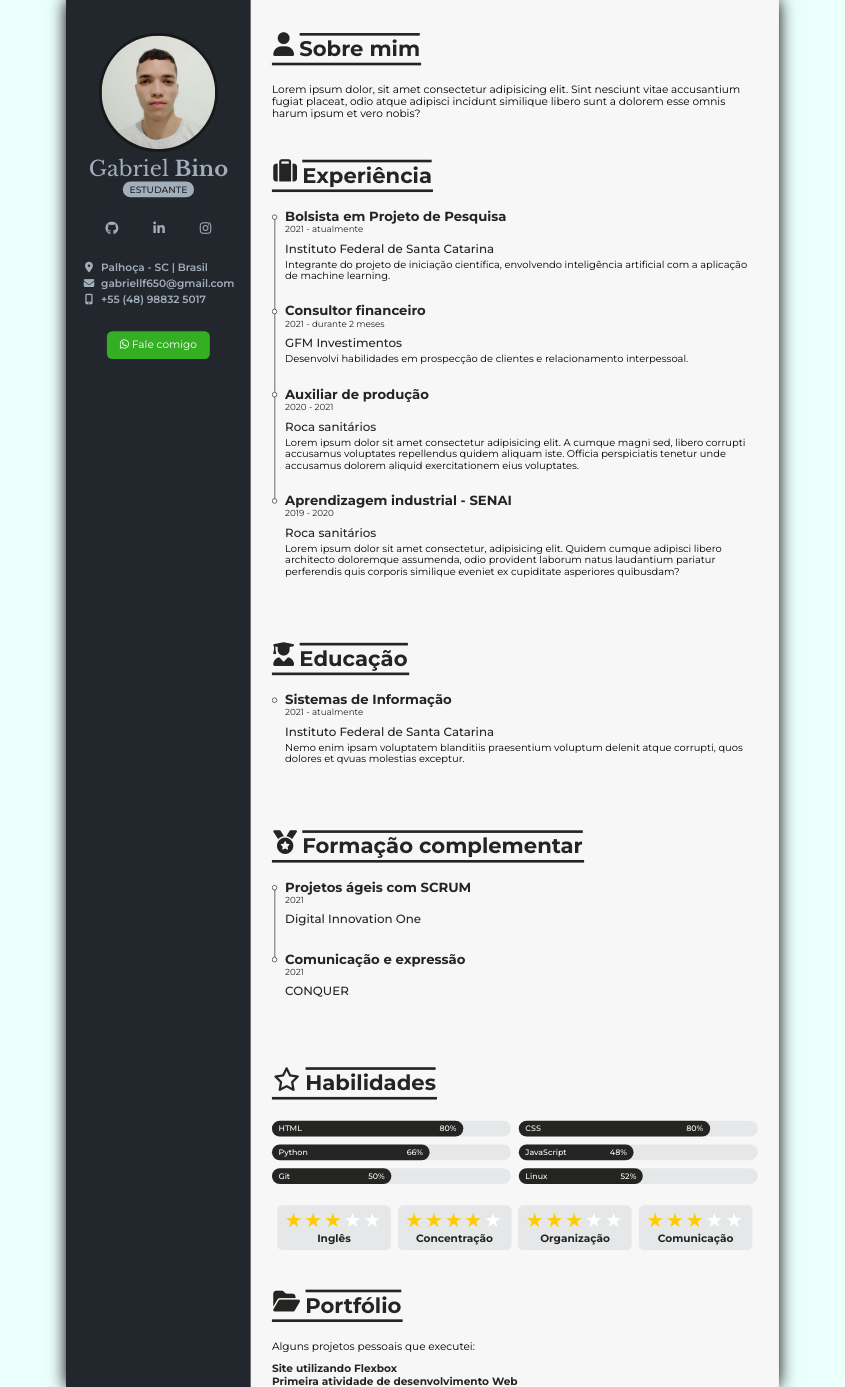
Repository: gabrielbino/curriculoResponsivo
Page: index.html
An editor plug-in stored every save of this project. The page is shown before and after the next save, followed by the edit.
The browser window is 1280 px wide. The pictures show the whole page, at 66% of full size.
Some web libraries are served in a nearby version.

Above is the page before, as saved 2021-10-20 23:17:16.

### index.html
<!DOCTYPE html>
<html lang="pt-br">
  <head>
    <meta charset="UTF-8" />
    <meta name="viewport" content="width=device-width, initial-scale=1" />
    <link
      rel="stylesheet"
      href="https://cdnjs.cloudflare.com/ajax/libs/normalize/8.0.1/normalize.min.css"
      integrity="sha512-NhSC1YmyruXifcj/KFRWoC561YpHpc5Jtzgvbuzx5VozKpWvQ+4nXhPdFgmx8xqexRcpAglTj9sIBWINXa8x5w=="
      crossorigin="anonymous"
      referrerpolicy="no-referrer"
    />
    <script
      src="https://kit.fontawesome.com/a6ac7cca8d.js"
      crossorigin="anonymous"
    ></script>
    <link rel="stylesheet" href="css/style.css" />
    <link rel="shortcut icon" href="img/favicon.ico" />
    <title>CV do Gabriel</title>
  </head>
  <body>
    <main>
      <aside>
        <div class="sidebar">
          <img
            class="profile-picture"
            src="./img/option_profile.jpeg"
            alt="Gabriel Bino"
          />
          <h1 class="title-name"><span>Gabriel</span> Bino</h1>
          <h3 class="subtitle-role">Estudante</h3>
          <div class="social-links">
            <a href="https://github.com/gabrielbino" target="_blank">
              <i class="fab fa-github"></i>
            </a>
            <a
              href="https://www.linkedin.com/in/gabriel-fernandes-bino-456499195/"
              target="_blank"
            >
              <i class="fab fa-linkedin-in"></i>
            </a>
            <!-- <a href="https://twitter.com/theleoad" target="_blank">
              <i class="fab fa-twitter"></i>
            </a> -->
            <a href="https://www.instagram.com/gabrielfbino/" target="_blank">
              <i class="fab fa-instagram"></i>
            </a>
          </div>
          <ul class="personal-data">
            <li>
              <i class="fas fa-map-marker-alt"></i>
              <span>Palhoça - SC | Brasil</span>
            </li>
            <li>
              <i class="fas fa-envelope"></i>
              <a href="mailto:galbriellf650@gmail.com"
                >gabriellf650@gmail.com</a
              >
            </li>
            <li>
              <i class="fas fa-mobile-alt"></i>
              <a href="tel:+5548988325017">+55 (48) 98832 5017</a>
            </li>
          </ul>
          <a
            class="download-button"
            href="https://wa.me/+5548988325017"
            target="_blank"
          >
            <i class="fab fa-whatsapp"></i>
            <span>Fale comigo</span>
          </a>
        </div>
      </aside>
      <section>
        <article>
          <div class="article-title-wrapper">
            <i class="fas fa-user"></i>
            <h2 class="article-title">Sobre mim</h2>
          </div>
          <p>
            Lorem ipsum dolor, sit amet consectetur adipisicing elit. Sint
            nesciunt vitae accusantium fugiat placeat, odio atque adipisci
            incidunt similique libero sunt a dolorem esse omnis harum ipsum et
            vero nobis?
          </p>
        </article>
        <article>
          <div class="article-title-wrapper">
            <i class="fas fa-suitcase"></i>
            <h2 class="article-title">Experiência</h2>
          </div>
          <ul class="timeline">
            <li>
              <h4 class="timeline-title">Bolsista em Projeto de Pesquisa</h4>
              <h5 class="timeline-time">2021 - atualmente</h5>
              <h6 class="timeline-place">
                Instituto Federal de Santa Catarina
              </h6>
              <p class="timeline-text">
                Integrante do projeto de iniciação científica, envolvendo
                inteligência artificial com a aplicação de machine learning.
              </p>
            </li>
            <li>
              <h4 class="timeline-title">Consultor financeiro</h4>
              <h5 class="timeline-time">2021 - durante 2 meses</h5>
              <h6 class="timeline-place">GFM Investimentos</h6>
              <p class="timeline-text">
                Desenvolvi habilidades em prospecção de clientes e
                relacionamento interpessoal.
              </p>
            </li>
            <li>
              <h4 class="timeline-title">Auxiliar de produção</h4>
              <h5 class="timeline-time">2020 - 2021</h5>
              <h6 class="timeline-place">Roca sanitários</h6>
              <p class="timeline-text">
                Lorem ipsum dolor sit amet consectetur adipisicing elit. A
                cumque magni sed, libero corrupti accusamus voluptates
                repellendus quidem aliquam iste. Officia perspiciatis tenetur
                unde accusamus dolorem aliquid exercitationem eius voluptates.
              </p>
            </li>
            <li>
              <h4 class="timeline-title">Aprendizagem industrial - SENAI</h4>
              <h5 class="timeline-time">2019 - 2020</h5>
              <h6 class="timeline-place">Roca sanitários</h6>
              <p class="timeline-text">
                Lorem ipsum dolor sit amet consectetur, adipisicing elit. Quidem
                cumque adipisci libero architecto doloremque assumenda, odio
                provident laborum natus laudantium pariatur perferendis quis
                corporis similique eveniet ex cupiditate asperiores quibusdam?
              </p>
            </li>
          </ul>
        </article>
        <article>
          <div class="article-title-wrapper">
            <i class="fas fa-user-graduate"></i>
            <h2 class="article-title">Educação</h2>
          </div>
          <ul class="timeline">
            <li>
              <h4 class="timeline-title">Sistemas de Informação</h4>
              <h5 class="timeline-time">2021 - atualmente</h5>
              <h6 class="timeline-place">
                Instituto Federal de Santa Catarina
              </h6>
              <p class="timeline-text">
                Nemo enim ipsam voluptatem blanditiis praesentium voluptum
                delenit atque corrupti, quos dolores et qvuas molestias
                exceptur.
              </p>
            </li>
          </ul>
        </article>
        <article>
          <div class="article-title-wrapper">
            <i class="fas fa-medal"></i>
            <h2 class="article-title">Formação complementar</h2>
          </div>
          <ul class="timeline">
            <li>
              <h4 class="timeline-title">Projetos ágeis com SCRUM</h4>
              <h5 class="timeline-time">2021</h5>
              <h6 class="timeline-place">Digital Innovation One</h6>
            </li>
            <li>
              <h4 class="timeline-title">Comunicação e expressão</h4>
              <h5 class="timeline-time">2021</h5>
              <h6 class="timeline-place">CONQUER</h6>
            </li>
          </ul>
        </article>
        <article>
          <div class="article-title-wrapper">
            <i class="far fa-star"></i>
            <h2 class="article-title">Habilidades</h2>
          </div>
          <div class="skills-container">
            <div class="progress">
              <div class="progress-bar" role="progressbar" style="width: 80%">
                <div class="progress-text">
                  <span>HTML</span>
                  <span>80%</span>
                </div>
              </div>
            </div>
            <div class="progress">
              <div class="progress-bar" role="progressbar" style="width: 80%">
                <div class="progress-text">
                  <span>CSS</span>
                  <span>80%</span>
                </div>
              </div>
            </div>
            <div class="progress">
              <div class="progress-bar" role="progressbar" style="width: 66%">
                <div class="progress-text">
                  <span>Python</span>
                  <span>66%</span>
                </div>
              </div>
            </div>
            <div class="progress">
              <div class="progress-bar" role="progressbar" style="width: 48%">
                <div class="progress-text">
                  <span>JavaScript</span>
                  <span>48%</span>
                </div>
              </div>
            </div>
            <div class="progress">
              <div class="progress-bar" role="progressbar" style="width: 50%">
                <div class="progress-text">
                  <span>Git</span>
                  <span>50%</span>
                </div>
              </div>
            </div>
            <div class="progress">
              <div class="progress-bar" role="progressbar" style="width: 52%">
                <div class="progress-text">
                  <span>Linux</span>
                  <span>52%</span>
                </div>
              </div>
            </div>
          </div>
          <div class="soft-skills">
            <div class="soft-skill">
              <div class="soft-skill-rating" style="--rating: 3"></div>
              <h4 class="soft-skill-label">Inglês</h4>
            </div>
            <div class="soft-skill">
              <div class="soft-skill-rating" style="--rating: 4"></div>
              <h4 class="soft-skill-label">Concentração</h4>
            </div>
            <div class="soft-skill">
              <div class="soft-skill-rating" style="--rating: 3"></div>
              <h4 class="soft-skill-label">Organização</h4>
            </div>
            <div class="soft-skill">
              <div class="soft-skill-rating" style="--rating: 3"></div>
              <h4 class="soft-skill-label">Comunicação</h4>
            </div>
          </div>
        </article>
        <article>
          <div class="article-title-wrapper">
            <i class="fas fa-folder-open"></i>
            <h2 class="article-title">Portfólio</h2>
          </div>
          <p>Alguns projetos pessoais que executei:</p>
          <div class="portfolio">
            <a href="https://staticflexbox.netlify.app/" class="portfolio-item">
              Site utilizando Flexbox
            </a>
            <a href="https://anatomiahtml.netlify.app/" class="portfolio-item">
              Primeira atividade de desenvolvimento Web
            </a>
            <a href="#" class="portfolio-item">
              <div></div>
            </a>
            <a href="#" class="portfolio-item">
              <div></div>
            </a>
          </div>
        </article>
      </section>
    </main>
  </body>
</html>

### css/style.css
@import url("https://fonts.googleapis.com/css2?family=Libre+Baskerville:wght@400;700&family=Montserrat:wght@400;500;600;700&display=swap");

* {
  box-sizing: border-box;
}

img {
  max-width: 100%;
}

body {
  background-color: #ebfffb;
  color: black;
  font-family: "Montserrat", sans-serif;
}

main {
  background-color: #ebfffb;
  box-shadow: 0 0 1.5rem;
  display: flex;
  margin: 0 auto;
  max-width: 1080px;
  min-height: 100vh;
  width: 100%;
}

aside {
  background-color: #22272e;
  padding: 50px 0 16px;
  width: 280px;
}

.sidebar {
  align-items: center;
  display: flex;
  flex-direction: column;
  position: sticky;
  top: 16px;
  width: 100%;
}

.profile-picture {
  border-radius: 50%;
  border: solid 4px #181817;
  width: 180px;
}

.title-name {
  color: #a2aebb;
  font-family: "Libre Baskerville", serif;
  font-weight: 700;
  margin: 8px 0 0;
}

.title-name span {
  font-weight: 500;
}

.subtitle-role {
  background: #a2aebb;
  border-radius: 12px;
  color: #242423;
  font-size: 14px;
  font-weight: 500;
  margin: 0;
  padding: 4px 10px;
  text-transform: uppercase;
}

.social-links {
  display: flex;
  font-size: 20px;
  justify-content: space-between;
  margin: 36px 0;
  width: 160px;
}

.social-links a {
  color: #a2aebb;
}

.social-links a:hover {
  color: #e8eddf;
}

.personal-data {
  list-style-type: none;
  margin: 0;
  padding: 0;
}

.personal-data li {
  color: #a2aebb;
  font-weight: 600;
  line-height: 1.5;
}

.personal-data li a {
  color: inherit;
  text-decoration: none;
}

.personal-data i {
  margin-right: 4px;
  text-align: center;
  width: 20px;
}

.download-button {
  background: #34af23;
  border-radius: 8px;
  color: white;
  display: block;
  margin: 36px 0;
  padding: 12px 20px;
  text-decoration: none;
}

section {
  background-color: #f7f7f7;
  padding: 50px 32px 0;
  width: calc(100% - 280px);
}

article:not(:last-of-type) {
  margin-bottom: 60px;
}

.article-title-wrapper {
  align-items: center;
  border-bottom: 4px solid;
  color: #242423;
  display: inline-flex;
  margin-bottom: 12px;
  padding: 0 2px;
}
.article-title-wrapper i {
  font-size: 36px;
  margin: -8px 8px 0 0;
}

.article-title {
  border-top: 4px solid;
  color: #242423;
  font-size: 32px;
  font-weight: 800;
  margin: 0 0 2px;
  padding-top: 2px;
}

.timeline {
  list-style: none;
  margin: 20px 0;
  padding: 0;
}

.timeline li {
  margin: 0;
  padding: 2px 0 40px 20px;
  position: relative;
}

.timeline li::after {
  background-color: #fff;
  border-radius: 50%;
  border: 1px solid #242423;
  box-sizing: border-box;
  content: "";
  display: inline-block;
  height: 8px;
  left: 0;
  position: absolute;
  top: 2px;
  width: 8px;
}

.timeline li:not(:last-of-type)::before {
  background-color: #242423;
  content: "";
  height: 100%;
  left: 3.5px;
  position: absolute;
  top: calc(0.5em - 4px);
  width: 1px;
}

.timeline-title {
  color: #242423;
  font-size: 20px;
  margin: -8px 0 0;
}

.timeline-time {
  color: #242423;
  font-weight: 400;
  margin: 0;
}

.timeline-place {
  color: #242423;
  font-size: 18px;
  font-weight: 500;
  margin: 12px 0 4px;
}

.timeline-text {
  font-size: 15px;
  margin: 0;
}

.skills-container {
  display: flex;
  flex-wrap: wrap;
  justify-content: space-between;
  margin: 20px 0;
}

.progress {
  background-color: rgba(68, 86, 108, 0.1);
  border-radius: 20px;
  display: flex;
  font-size: 0.75rem;
  height: 1.5rem;
  margin-bottom: 12px;
  width: calc(50% - 6px);
}

.progress-bar {
  align-items: center;
  background-color: #242423;
  border-radius: 20px;
  color: #fff;
  font-weight: 500;
  display: flex;
  padding: 0 10px;
}

.progress-text {
  display: flex;
  justify-content: space-between;
  width: 100%;
}

.soft-skills {
  display: flex;
  justify-content: space-between;
  padding: 0 8px;
}

.soft-skill {
  background-color: rgba(68, 86, 108, 0.1);
  border-radius: 8px;
  padding: 8px;
  text-align: center;
  width: calc(25% - 8px);
}

.soft-skill-rating {
  --percent: calc(var(--rating) / 5 * 100%);
  display: inline-block;
  font-family: Times;
  font-size: 30px;
  line-height: 1;
}

.soft-skill-rating::before {
  background-clip: text;
  background: linear-gradient(90deg, #fc0 var(--percent), #fff var(--percent));
  content: "★★★★★";
  letter-spacing: 3px;
  -webkit-background-clip: text;
  -webkit-text-fill-color: transparent;
}

.soft-skill-label {
  color: #242423;
  margin: 4px 0 0;
}

.portfolio {
  display: flex;
  flex-wrap: wrap;
  justify-content: space-between;
}

.portfolio-item {
  margin-bottom: 24px;
  margin: auto;
  width: 100%;
  color: #242423;
  font-weight: 800;
  text-decoration: none;
}

@media (max-width: 1024px) {
  .soft-skills {
    flex-wrap: wrap;
  }

  .soft-skill {
    margin: 4px;
    width: calc(50% - 8px);
  }
}

@media (max-width: 768px) {
  main {
    display: block;
  }

  aside,
  section {
    width: 100%;
  }

  section {
    padding: 32px 16px 0;
  }

  .article-title-wrapper {
    display: flex;
    padding: 0;
  }

  .progress,
  .soft-skill,
  .portfolio-item,
  .article-title {
    width: 100%;
  }

  .portfolio-item {
    text-align: center;
  }
}

After the next save:
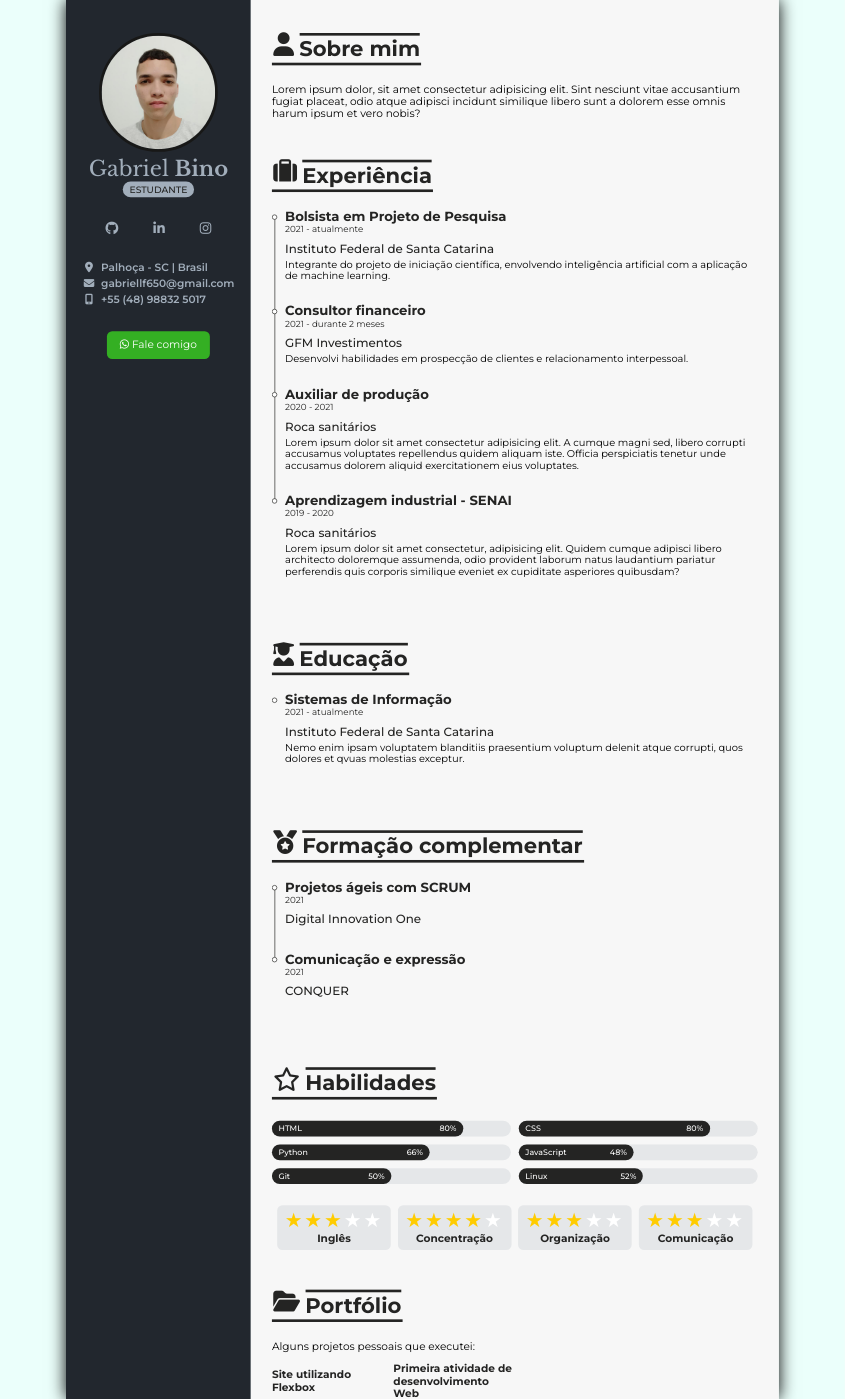
Saved 41 s later.
--- a/css/style.css
+++ b/css/style.css
@@ -279,8 +279,7 @@
 
 .portfolio {
   display: flex;
-  flex-wrap: wrap;
-  justify-content: space-between;
+  flex-wrap: column wrap;
 }
 
 .portfolio-item {

After the save that followed:
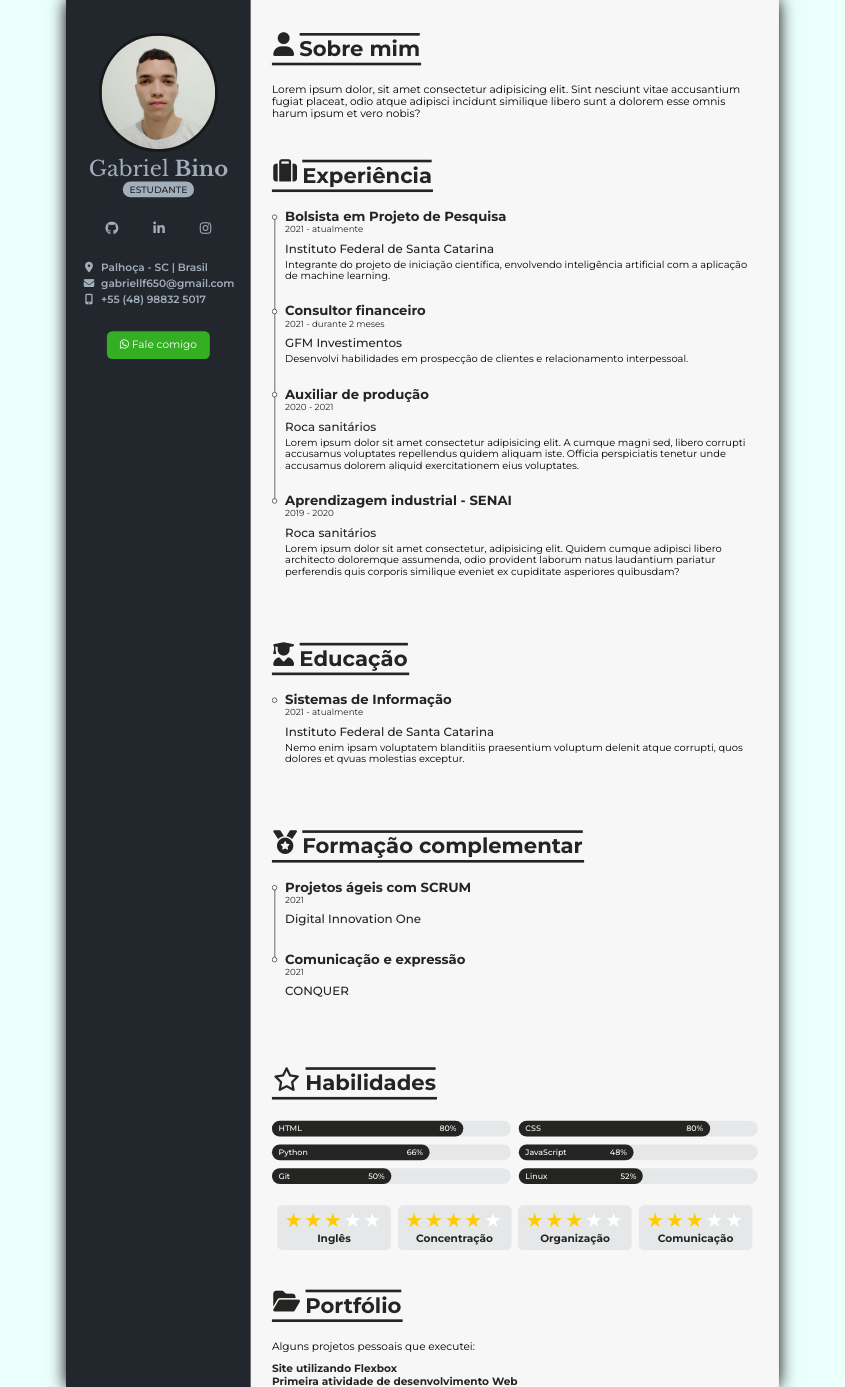
Saved 21 s later.
--- a/css/style.css
+++ b/css/style.css
@@ -279,7 +279,7 @@
 
 .portfolio {
   display: flex;
-  flex-wrap: column wrap;
+  flex-wrap: wrap;
 }
 
 .portfolio-item {
